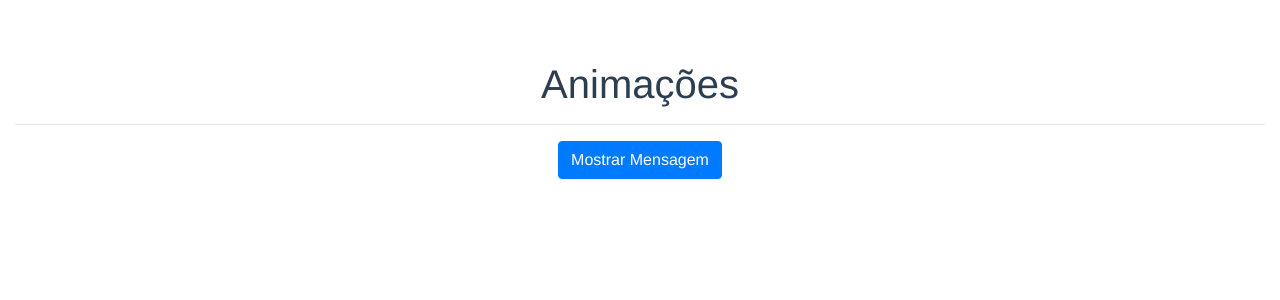
Repository: LucianoBitt/Curso_VueJS
Page: / (app in 12_animacoes/animacoes-exercicios/)
An editor plug-in stored every save of this project. The page is shown before and after the next save, followed by the edit.
The browser window is 1280 px wide. The pictures show the whole page.
The project was rebuilt for these pictures with package versions that can differ from the ones it lists, and the page was loaded fresh each time.

Above is the page before, as saved 2023-12-22 10:24:55.

### 12_animacoes/animacoes-exercicios/src/App.vue
<template>
	<div id="app" class="container-fluid">
		<h1>Animações</h1>
		<hr>
		<b-button variant="primary" class="mb-3"
		@click="exibir = !exibir">Mostrar Mensagem</b-button>
		<b-alert variant="info" show v-if="exibir">{{ msg }}</b-alert>
	</div>
</template>

<script>

export default {
	data() {
		return {
			msg: 'Mensagem de informação para o usuário!',
			exibir: false
		}
	}
}
</script>

<style>
#app {
	font-family: 'Avenir', Helvetica, Arial, sans-serif;
	-webkit-font-smoothing: antialiased;
	-moz-osx-font-smoothing: grayscale;
	text-align: center;
	color: #2c3e50;
	margin-top: 60px;
	font-size: 1.5rem;
}
</style>

Loaded but not shown: 12_animacoes/animacoes-exercicios/public/index.html (common file); 12_animacoes/animacoes-exercicios/src/main.js (common file); 12_animacoes/animacoes-exercicios/src/plugins/bootstrap-vue.js (common file)

After the next save:
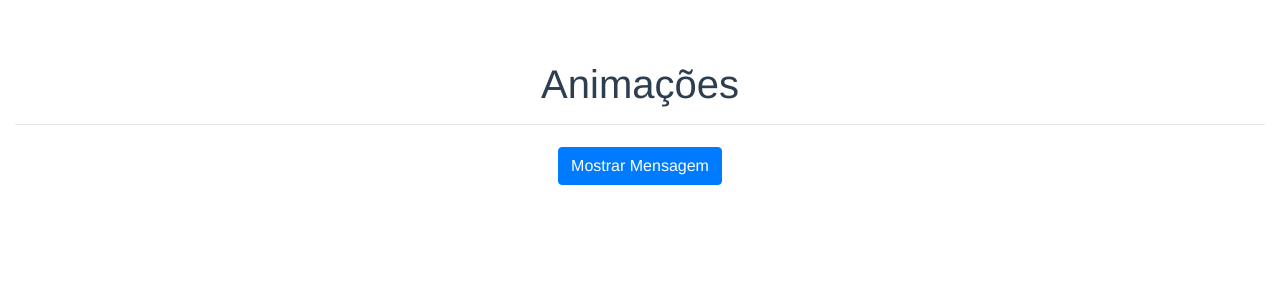
Saved 26 s later.
--- a/12_animacoes/animacoes-exercicios/src/App.vue
+++ b/12_animacoes/animacoes-exercicios/src/App.vue
@@ -28,6 +28,6 @@
 	text-align: center;
 	color: #2c3e50;
 	margin-top: 60px;
-	font-size: 1.5rem;
+	font-size: 2.5rem;
 }
 </style>

After the save that followed:
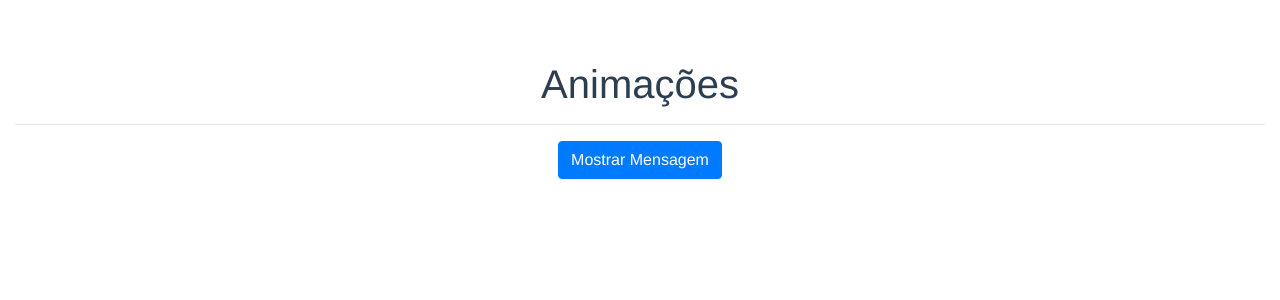
Saved 7 s later.
--- a/12_animacoes/animacoes-exercicios/src/App.vue
+++ b/12_animacoes/animacoes-exercicios/src/App.vue
@@ -28,6 +28,6 @@
 	text-align: center;
 	color: #2c3e50;
 	margin-top: 60px;
-	font-size: 2.5rem;
+	font-size: 1.5rem;
 }
 </style>
